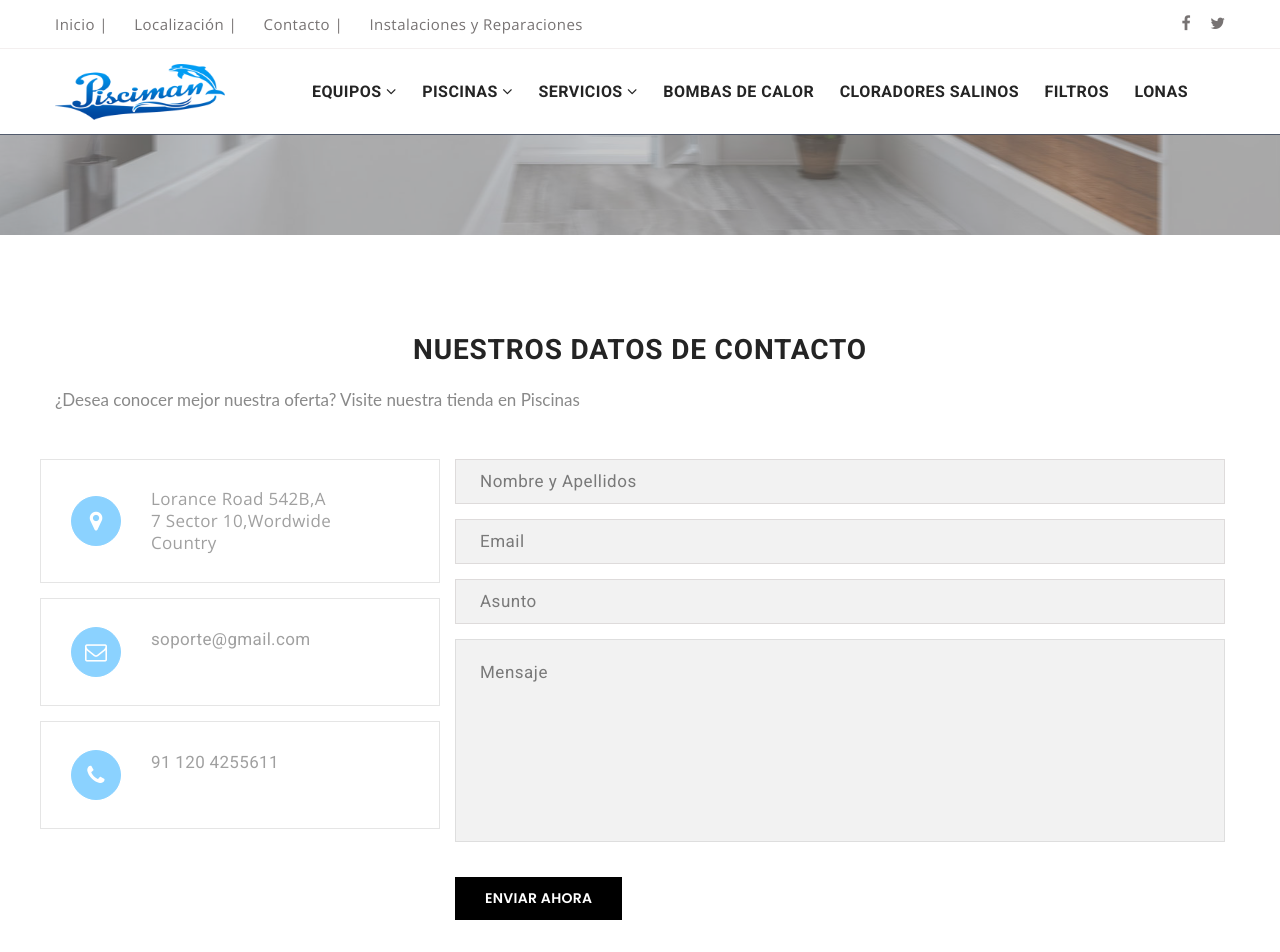
Repository: ghiovani666/piscinaMan
Page: http://localhost/contact-us.php
These files come from the project's save history. The page is drawn as it stood at one moment and after the next save; the edit follows.
The browser window is 1280 px wide. The pictures show the part of the page from y = 0 to 952 px (the page is 2081 px tall).
Some web libraries are served in a nearby version. The page is run by PHP 8.4 with error messages shown; the project is at /var/www/html/.

Above is the page before, as saved 2022-02-20 19:40:35.

After the next save:
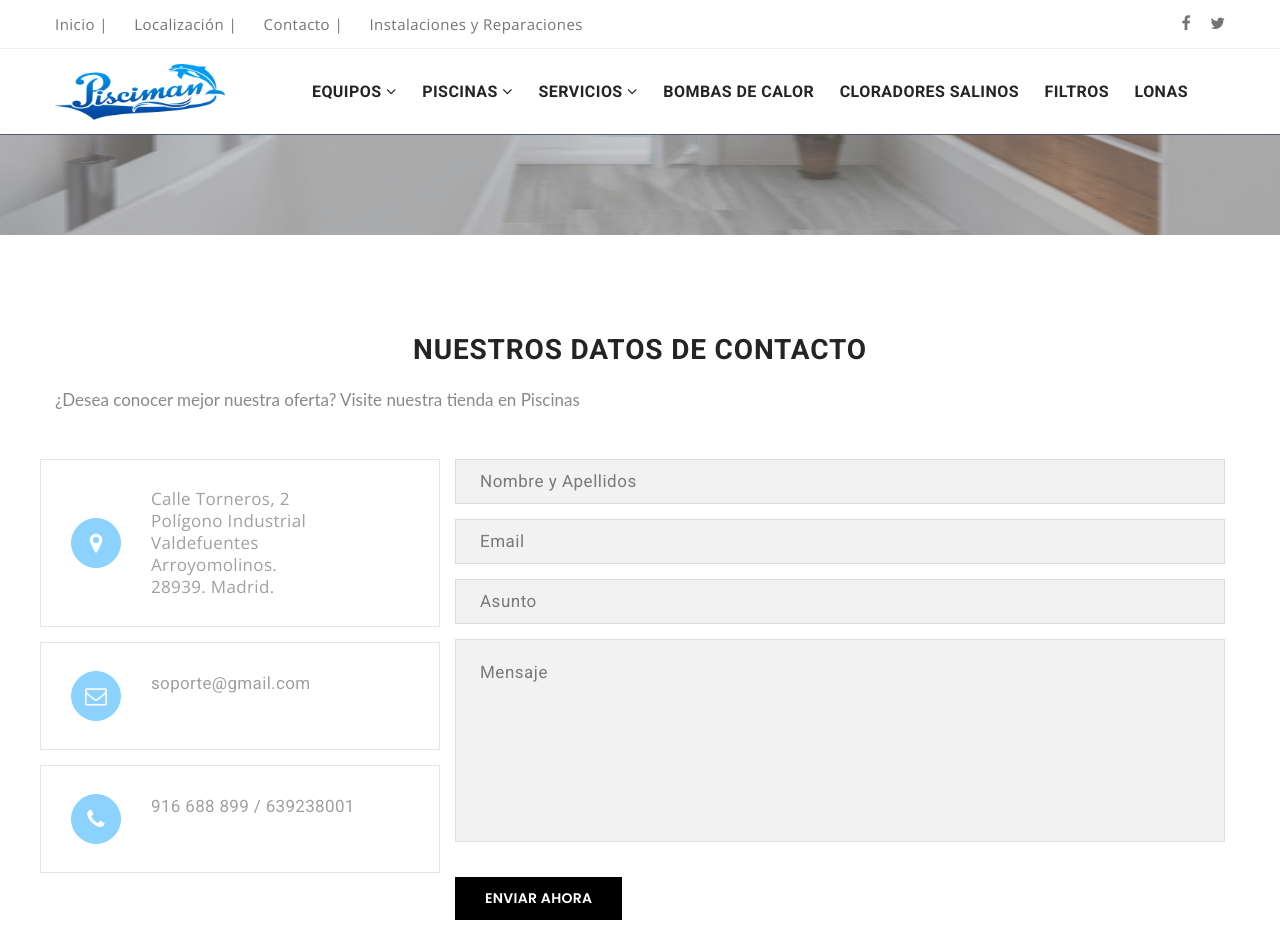
Saved 2 min 9 s later.
--- a/contact-us.php
+++ b/contact-us.php
@@ -78,7 +78,7 @@
                                             <i class="fa fa-map-marker"></i>
                                         </div>
                                         <div class="media-body">
-                                            <p> Lorance Road 542B,A 7 Sector 10,Wordwide Country</p>
+                                            <p> Calle Torneros, 2 Polígono Industrial Valdefuentes Arroyomolinos. 28939. Madrid.</p>
                                         </div>
                                     </div>
 
@@ -103,7 +103,7 @@
                                             <i class="fa fa-phone"></i>
                                         </div>
                                         <div class="media-body">
-                                            <a href="#">91 120 4255611</a>
+                                            <a href="#">916 688 899 / 639238001</a>
                                         </div>
                                     </div>
                                 </div>
